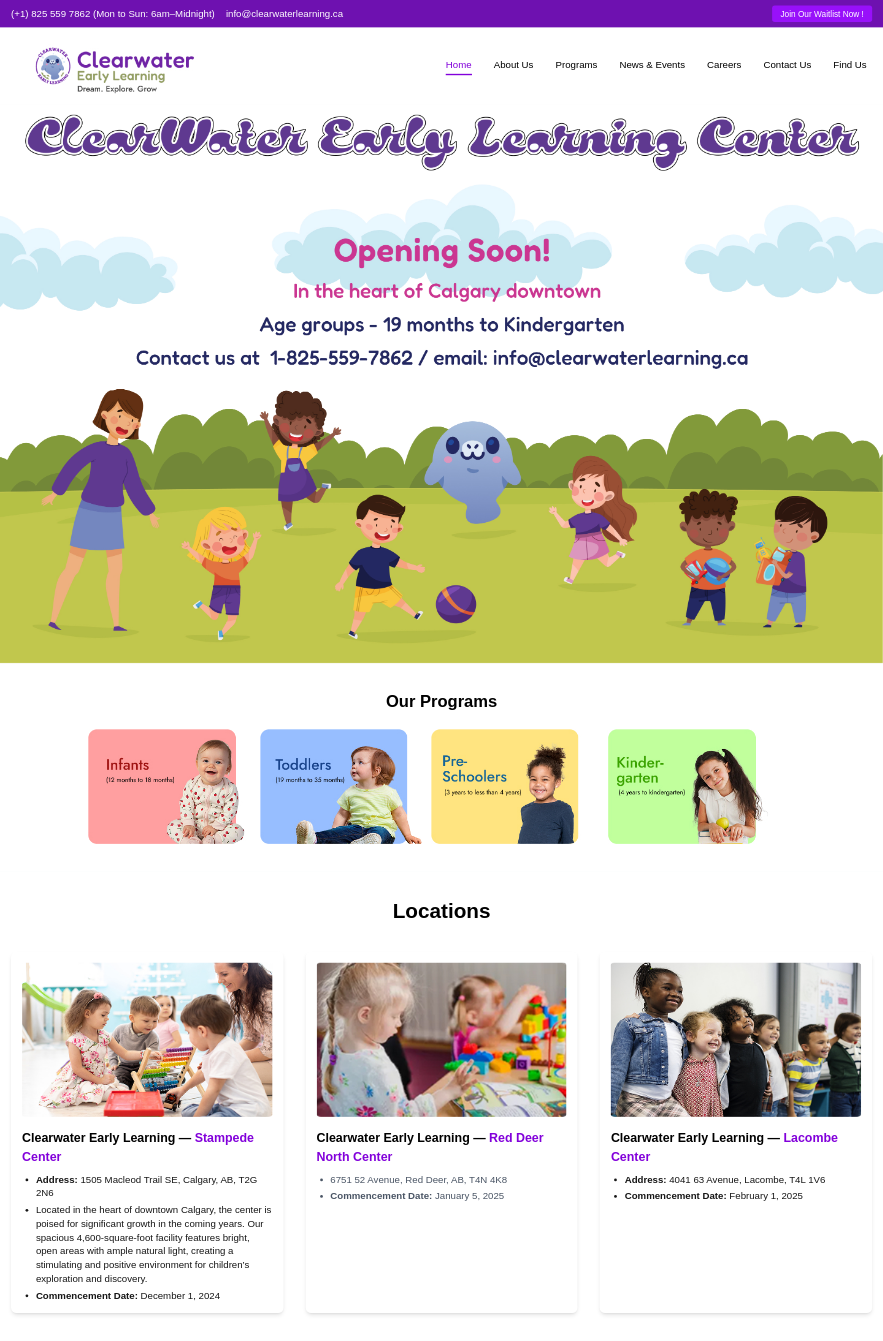
Repository: harshikabodekar/Daycare-Site
Page: /
These files come from the project's save history. The page is drawn as it stood at one moment and after a run of saves; the edit follows.
The browser window is 1280 px wide. The pictures show the whole page, at 69% of full size.
The project was rebuilt for these pictures with package versions that can differ from the ones it lists, and the page was loaded fresh each time. The framework's server and built-in components were replaced by stand-ins that run in the browser. Also part of the build but not shown: next.config.mjs.

Above is the page before, as saved 2025-06-23 11:51:27.

After the next 3 saves:
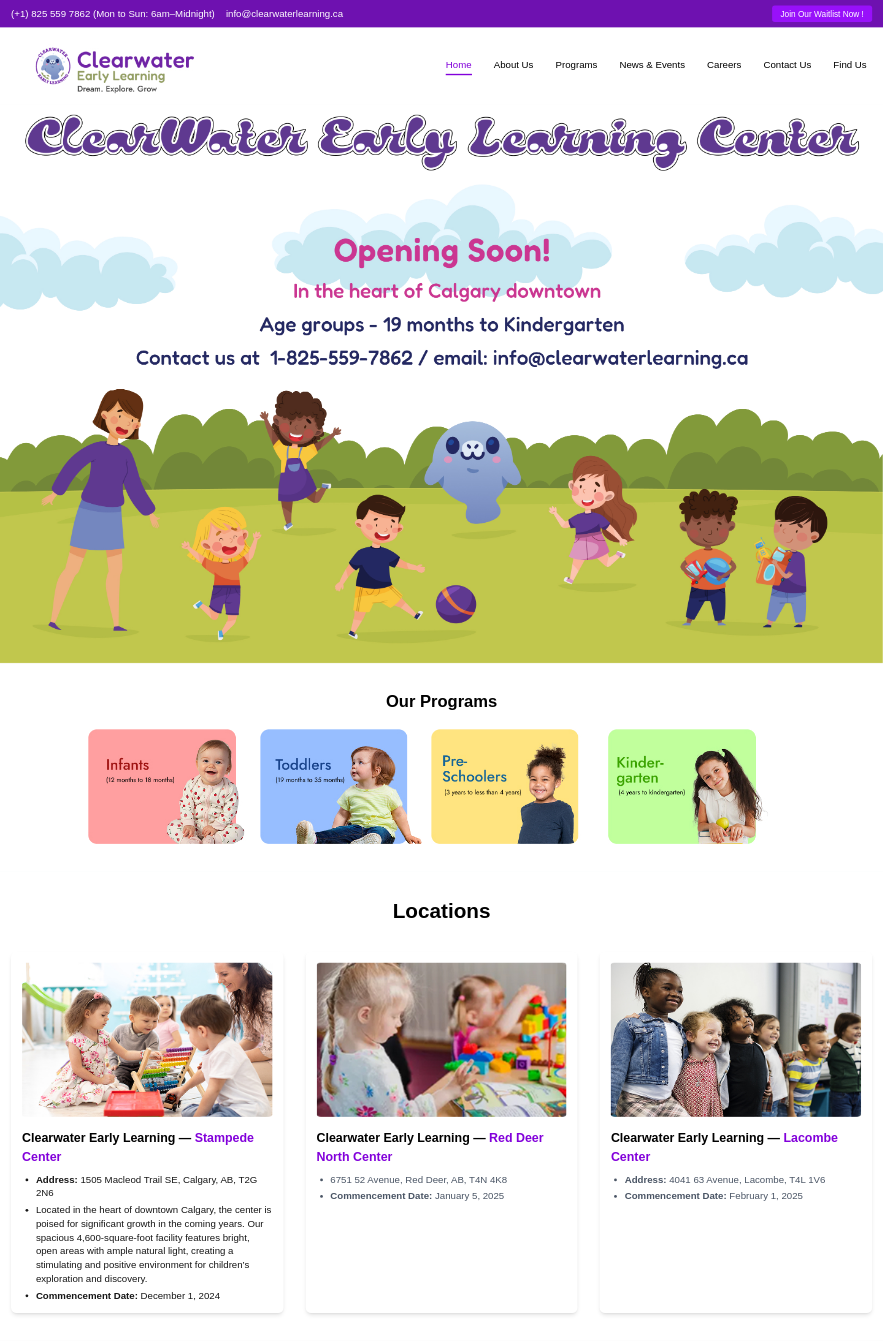
The 3 saves are shown as one change because they came seconds apart.
The last was saved 20 s later.
--- a/components/home/Location.jsx
+++ b/components/home/Location.jsx
@@ -72,7 +72,7 @@
               Clearwater Early Learning —{" "}
               <span className="text-purple-700">Lacombe Center</span>
             </h3>
-            <ul className="list-disc pl-5 text-sm mt-2 space-y-1">
+            <ul className="list-disc pl-5 text-sm mt-2 text-gray-600 space-y-1">
               <li>
                 <strong>Address:</strong> 4041 63 Avenue, Lacombe, T4L 1V6
               </li>
